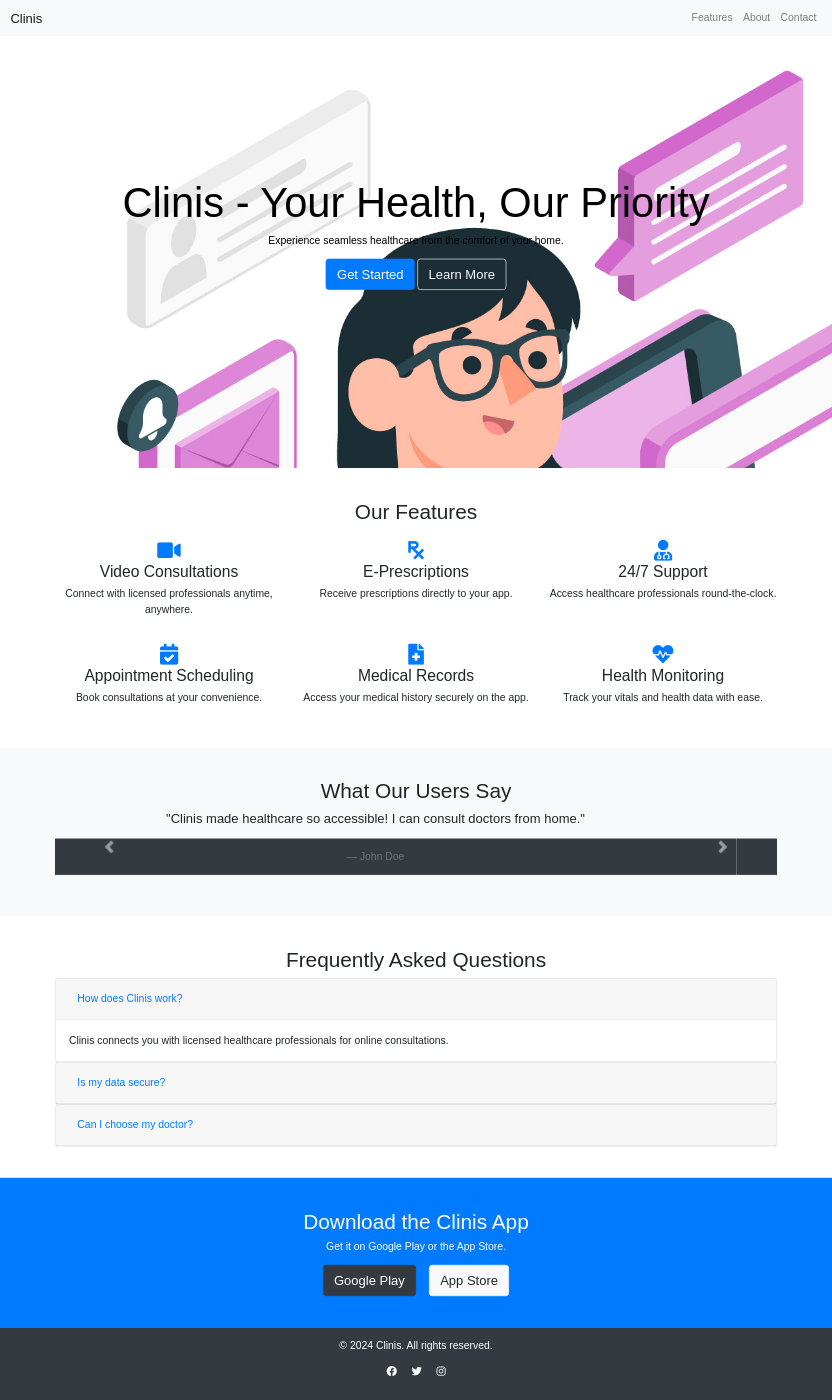
Repository: Rupak09/demo1
Page: index.html
An editor plug-in stored every save of this project. The page is shown before and after the next save, followed by the edit.
The browser window is 1280 px wide. The pictures show the whole page, at 65% of full size.

Above is the page before, as saved 2024-12-28 14:48:01.

### index.html
<!DOCTYPE html>
<html lang="en">

<head>
    <meta charset="UTF-8">
    <meta name="viewport" content="width=device-width, initial-scale=1.0">
    <meta name="description" content="Clinis - Telemedical consultation made easy and accessible.">
    <meta property="og:title" content="Clinis - Your Health, Our Priority">
    <meta property="og:description" content="Experience seamless healthcare with Clinis.">
    <meta property="og:image" content="your-image-link.jpg">
    <meta property="og:url" content="https://yourwebsite.com">
    <title>Clinis - Telemedical Consultation</title>
    <link href="https://cdnjs.cloudflare.com/ajax/libs/font-awesome/5.15.4/css/all.min.css" rel="stylesheet">
    <link href="https://stackpath.bootstrapcdn.com/bootstrap/4.5.2/css/bootstrap.min.css" rel="stylesheet">
    <style>
        body {
            font-family: Arial, sans-serif;
        }
        #hero {
            background: url('mockup.jpg');
            color: black;
            height: 100vh;
            display: flex;
            justify-content: center;
            align-items: center;
            text-align: center;
        }

        #hero h1 {
            font-size: 4rem;
        }

        #features .icon {
            font-size: 2rem;
            color: #007bff;
        }

        footer {
            background: #343a40;
            color: white;
            padding: 1rem 0;
            text-align: center;
        }

        footer ul {
            list-style: none;
            padding: 0;
        }

        footer ul li {
            display: inline;
            margin: 0 10px;
        }

        footer ul li a {
            color: white;
            text-decoration: none;
        }
    </style>
</head>

<body>
    <!-- Navbar -->
    <nav class="navbar navbar-expand-lg navbar-light bg-light fixed-top">
        <a class="navbar-brand" href="#">Clinis</a>
        <button class="navbar-toggler" type="button" data-toggle="collapse" data-target="#navbarNav">
            <span class="navbar-toggler-icon"></span>
        </button>
        <div class="collapse navbar-collapse" id="navbarNav">
            <ul class="navbar-nav ml-auto">
                <li class="nav-item"><a class="nav-link" href="#features">Features</a></li>
                <li class="nav-item"><a class="nav-link" href="#about">About</a></li>
                <li class="nav-item"><a class="nav-link" href="#contact">Contact</a></li>
            </ul>
        </div>
    </nav>

    <!-- Hero Section -->
    <section id="hero">
        <div class="container">
            <h1>Clinis - Your Health, Our Priority</h1>
            <p>Experience seamless healthcare from the comfort of your home.</p>
            <a href="#download" class="btn btn-primary btn-lg">Get Started</a>
            <a href="#features" class="btn btn-outline-light btn-lg">Learn More</a>
        </div>
    </section>

    <!-- Features Section -->
    <section id="features" class="py-5">
        <div class="container text-center">
            <h2>Our Features</h2>
            <div class="row mt-4">
                <div class="col-md-4">
                    <i class="fas fa-video icon"></i>
                    <h4>Video Consultations</h4>
                    <p>Connect with licensed professionals anytime, anywhere.</p>
                </div>
                <div class="col-md-4">
                    <i class="fas fa-prescription icon"></i>
                    <h4>E-Prescriptions</h4>
                    <p>Receive prescriptions directly to your app.</p>
                </div>
                <div class="col-md-4">
                    <i class="fas fa-user-md icon"></i>
                    <h4>24/7 Support</h4>
                    <p>Access healthcare professionals round-the-clock.</p>
                </div>
                <div class="col-md-4 mt-4">
                    <i class="fas fa-calendar-check icon"></i>
                    <h4>Appointment Scheduling</h4>
                    <p>Book consultations at your convenience.</p>
                </div>
                <div class="col-md-4 mt-4">
                    <i class="fas fa-file-medical icon"></i>
                    <h4>Medical Records</h4>
                    <p>Access your medical history securely on the app.</p>
                </div>
                <div class="col-md-4 mt-4">
                    <i class="fas fa-heartbeat icon"></i>
                    <h4>Health Monitoring</h4>
                    <p>Track your vitals and health data with ease.</p>
                </div>
            </div>
        </div>
    </section>

    <!-- Testimonials Section -->
    <section id="testimonials" class="py-5 bg-light">
        <div class="container">
            <h2 class="text-center">What Our Users Say</h2>
            <div class="carousel slide" id="testimonialCarousel" data-ride="carousel">
                <div class="carousel-inner">
                    <div class="carousel-item active">
                        <blockquote class="blockquote text-center">
                            <p>"Clinis made healthcare so accessible! I can consult doctors from home."</p>
                            <footer class="blockquote-footer">John Doe</footer>
                        </blockquote>
                    </div>
                    <div class="carousel-item">
                        <blockquote class="blockquote text-center">
                            <p>"Amazing app! The 24/7 support feature is a lifesaver."</p>
                            <footer class="blockquote-footer">Jane Smith</footer>
                        </blockquote>
                    </div>
                </div>
                <a class="carousel-control-prev" href="#testimonialCarousel" role="button" data-slide="prev">
                    <span class="carousel-control-prev-icon" aria-hidden="true"></span>
                </a>
                <a class="carousel-control-next" href="#testimonialCarousel" role="button" data-slide="next">
                    <span class="carousel-control-next-icon" aria-hidden="true"></span>
                </a>
            </div>
        </div>
    </section>

    <!-- FAQ Section -->
    <section id="faq" class="py-5">
        <div class="container">
            <h2 class="text-center">Frequently Asked Questions</h2>
            <div id="faqAccordion">
                <div class="card">
                    <div class="card-header" id="headingOne">
                        <h5 class="mb-0">
                            <button class="btn btn-link" data-toggle="collapse" data-target="#collapseOne">
                                How does Clinis work?
                            </button>
                        </h5>
                    </div>
                    <div id="collapseOne" class="collapse show" data-parent="#faqAccordion">
                        <div class="card-body">
                            Clinis connects you with licensed healthcare professionals for online consultations.
                        </div>
                    </div>
                </div>
                <div class="card">
                    <div class="card-header" id="headingTwo">
                        <h5 class="mb-0">
                            <button class="btn btn-link" data-toggle="collapse" data-target="#collapseTwo">
                                Is my data secure?
                            </button>
                        </h5>
                    </div>
                    <div id="collapseTwo" class="collapse" data-parent="#faqAccordion">
                        <div class="card-body">
                            Yes, Clinis employs end-to-end encryption to protect your data.
                        </div>
                    </div>
                </div>
                <div class="card">
                    <div class="card-header" id="headingThree">
                        <h5 class="mb-0">
                            <button class="btn btn-link" data-toggle="collapse" data-target="#collapseThree">
                                Can I choose my doctor?
                            </button>
                        </h5>
                    </div>
                    <div id="collapseThree" class="collapse" data-parent="#faqAccordion">
                        <div class="card-body">
                            Yes, you can select from a list of available professionals.
                        </div>
                    </div>
                </div>
            </div>
        </div>
    </section>

    <!-- Download Section -->
    <section id="download" class="py-5 text-center bg-primary text-white">
        <div class="container">
            <h2>Download the Clinis App</h2>
            <p>Get it on Google Play or the App Store.</p>
            <a href="#" class="btn btn-dark btn-lg mx-2">Google Play</a>
            <a href="#" class="btn btn-light btn-lg mx-2">App Store</a>
        </div>
    </section>

    <!-- Footer -->
    <footer>
        <div class="container">
            <p>&copy; 2024 Clinis. All rights reserved.</p>
            <ul class="list-inline">
                <li class="list-inline-item"><a href="#"><i class="fab fa-facebook"></i></a></li>
                <li class="list-inline-item"><a href="#"><i class="fab fa-twitter"></i></a></li>
                <li class="list-inline-item"><a href="#"><i class="fab fa-instagram"></i></a></li>
            </ul>
        </div>
    </footer>

    <script src="https://code.jquery.com/jquery-3.5.1.slim.min.js"></script>
    <script src="https://cdn.jsdelivr.net/npm/@popperjs/core@2.9.3/dist/umd/popper.min.js"></script>
    <script src="https://stackpath.bootstrapcdn.com/bootstrap/4.5.2/js/bootstrap.min.js"></script>
</body>

</html>

After the next save:
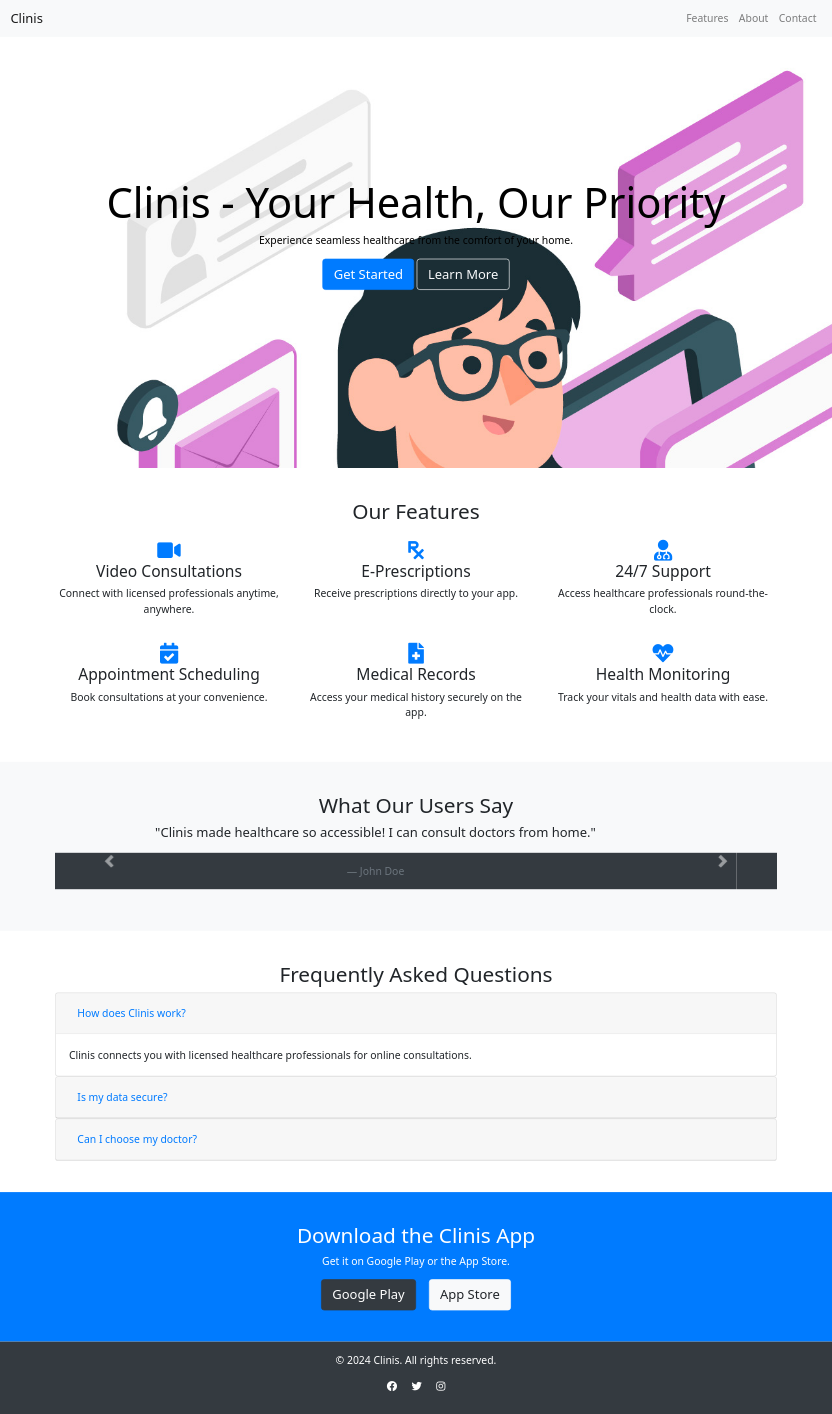
Saved 70 s later.
--- a/index.html
+++ b/index.html
@@ -14,7 +14,7 @@
     <link href="https://stackpath.bootstrapcdn.com/bootstrap/4.5.2/css/bootstrap.min.css" rel="stylesheet">
     <style>
         body {
-            font-family: Arial, sans-serif;
+            font-family: system-ui, -apple-system, BlinkMacSystemFont, 'Segoe UI', Roboto, Oxygen, Ubuntu, Cantarell, 'Open Sans', 'Helvetica Neue', sans-serif, sans-serif;
         }
         #hero {
             background: url('mockup.jpg');
